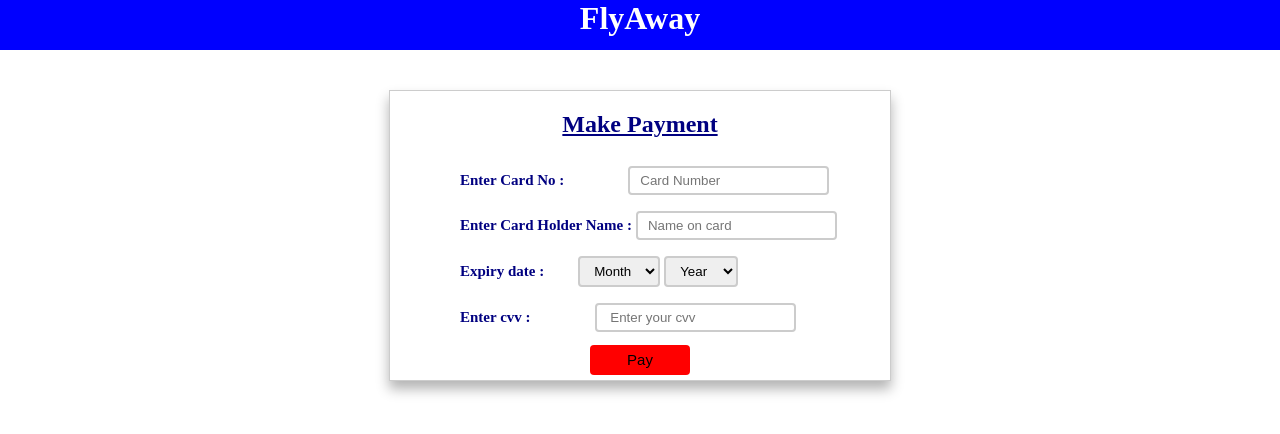
Repository: KartikMuchakandimath/Flyaway
Page: http://localhost/FlayAway/Payment.jsp
These files come from the project's save history. The page is drawn as it stood at one moment and after the next save; the edit follows.
The browser window is 1280 px wide. The pictures show the whole page.
The page is served by Tomcat 9.

Above is the page before, as saved 2022-04-22 19:57:39.

After the next save:
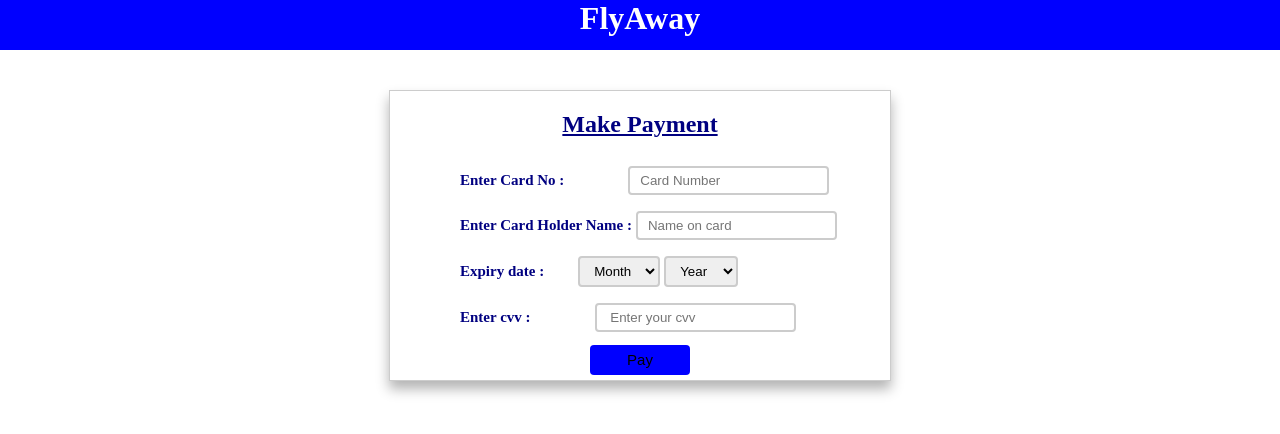
Saved 12 s later.
--- a/FlayAway/src/main/webapp/Payment.jsp
+++ b/FlayAway/src/main/webapp/Payment.jsp
@@ -60,7 +60,7 @@ button{
 	display : inline-block;
 	font-size : 15px;
 	font-width : bold;
-	background-color: rgb(255, 0,0);
+	background-color: rgb( 0,0,255);
 	margin : 5px;
 }
 </style>
